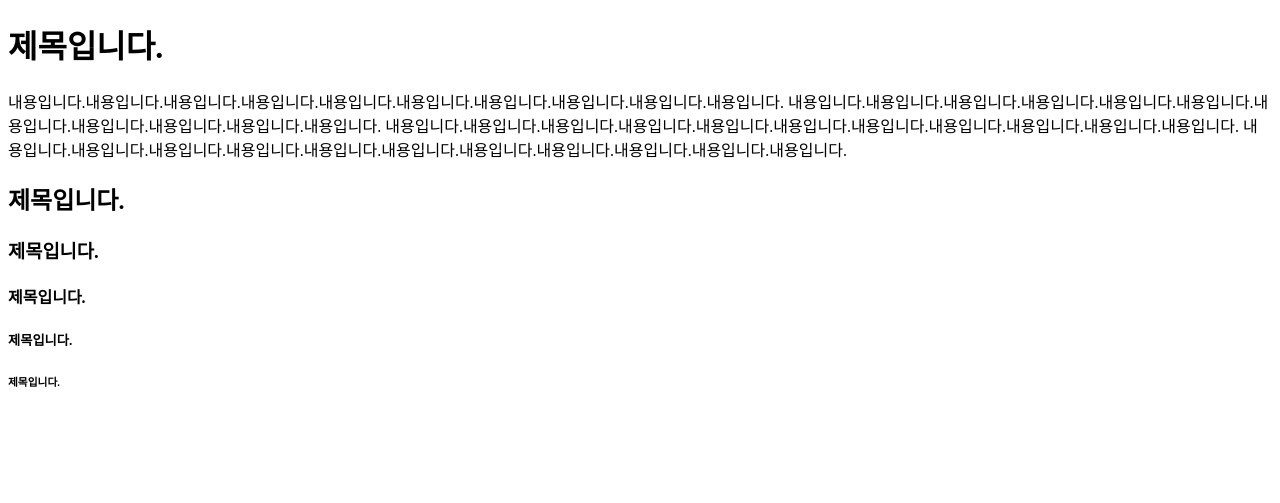
Repository: sinsujung/client
Page: ClientTest/src/main/webapp/html/ex07_heading.html
An editor plug-in stored every save of this project. The page is shown before and after the next save, followed by the edit.
The browser window is 1280 px wide. The pictures show the whole page.

Above is the page before, as saved 2023-09-20 00:24:57.

After the next save:
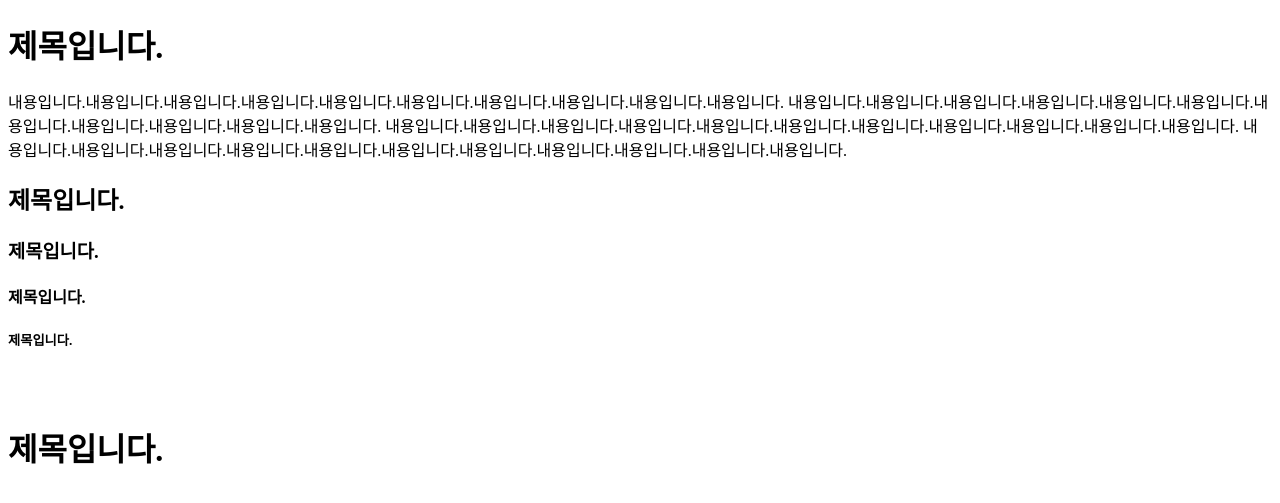
Saved 2 min 22 s later.
--- a/ClientTest/src/main/webapp/html/ex07_heading.html
+++ b/ClientTest/src/main/webapp/html/ex07_heading.html
@@ -16,6 +16,10 @@
 	- <h1>,<h2>,<h3>,<h4>,<h5>,<h6>
 	- 쌍태그
 	- 혼합형
+
+	****** 태그의 출력 결과는 중요하지 않음 > 화면에 어떻게 보이는지는 그다지 중요하지 않다.
+
+
  -->
 
  	<h1>제목입니다.</h1>
@@ -28,7 +32,7 @@
 	<h3>제목입니다.</h3>
 	<h4>제목입니다.</h4>
 	<h5>제목입니다.</h5>
-	<h6>제목입니다.</h6>
+	<h6 style="font-size: 24pt;">제목입니다.</h6>
 
 
 
